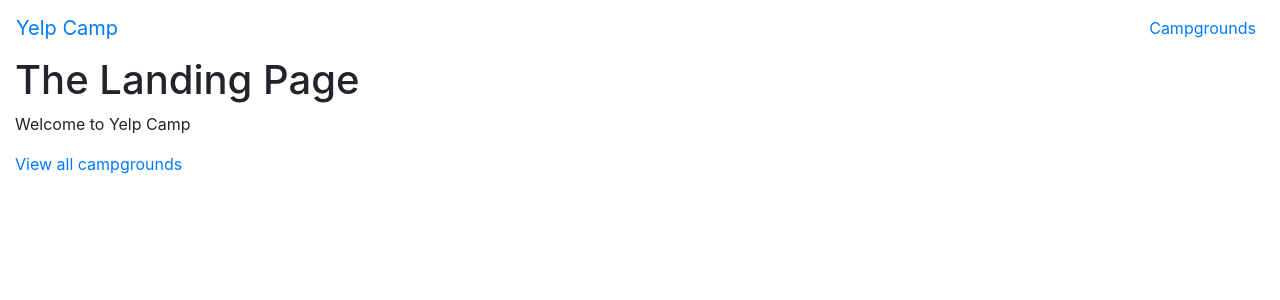
Repository: jbell0385/sandbox
Page: http://localhost/
The author's editor kept a record of every edit. The page is drawn from the files as they stood at one moment, then again after the next edit.
The browser window is 1280 px wide. The pictures show the whole page.
The page is served by the project's Node server (YelpCamp/v1/app.js).

Above is the page before.

### webdevbootcamp/workspace/YelpCamp/v1/views/landing.ejs
<%include partials/header%>

<div class="container-fluid">
<h1>The Landing Page</h1>

<p>Welcome to Yelp Camp</p>

<a href="/campgrounds">View all campgrounds</a>

<% include partials/footer %>

### webdevbootcamp/workspace/YelpCamp/v1/views/partials/header.ejs
<!DOCTYPE html>
<html>
    <head>
        <title>YelpCamp</title>
        <link rel="stylesheet" href="https://maxcdn.bootstrapcdn.com/bootstrap/4.0.0/css/bootstrap.min.css" integrity="sha384-Gn5384xqQ1aoWXA+058RXPxPg6fy4IWvTNh0E263XmFcJlSAwiGgFAW/dAiS6JXm" crossorigin="anonymous">
    </head>
    <body>
    <nav class="navbar navbar-expand-lg">
        <a class="navbar-brand" href="/">Yelp Camp</a>
        <button class="navbar-toggler" type="button" data-toggle="collapse" data-target="#navbarSupportContent" aria-controls="navbarSupportContent" aria-expanded = "false" aria-label="Toggle navigation">
            <span class="navbar-toggler-icon"></span>
        </button>
        <div class="collapse navbar-collapse">
            <ul class="navbar-nav ml-auto">
                <li class="nav-item">
                    <a class="nav-link" href="/campgrounds">Campgrounds</a>
                </li>
            </ul>
        </div>
    </nav>

### webdevbootcamp/workspace/YelpCamp/v1/views/partials/footer.ejs

    </body>
</html>

### webdevbootcamp/workspace/YelpCamp/v1/app.js
var express = require("express");
var app = express();
var bodyParser = require("body-parser");

app.use(bodyParser.urlencoded({extended:true}))
app.set('view engine',"ejs");


var campgrounds = [
        {name:"Salmon Creek", image:"http://haulihuvila.com/wp-content/uploads/2012/09/hauli-huvila-campgrounds-lg.jpg"},
        {name:"Big Bear",image:"http://www.chippewalanding.com/images/sized%20280/campgrounds-campsite.jpg"},
        {name:"Little Bear",image:"https://www.fs.usda.gov/Internet/FSE_MEDIA/stelprdb5306226.jpg"}
    ]

app.get("/",(req,res)=>{
    res.render("landing");
})

app.get("/campgrounds", (req,res)=>{

    res.render("campgrounds",{campgrounds:campgrounds});
})

app.post("/campgrounds", (req,res)=>{
    //get data from form and add to campgrounds array
    var name = req.body.name;
    var image = req.body.image;
    var newCampground = {name:name, image:image};
    campgrounds.push(newCampground);
    //redirect back to campgrounds page
    res.redirect("/campgrounds");
})

app.get("/campgrounds/new",(req,res)=>{
    res.render("new.ejs");
})

app.listen(process.env.PORT, process.env.IP, function(){
    console.log("Yelp Camp Server has started");
})

After the next edit:
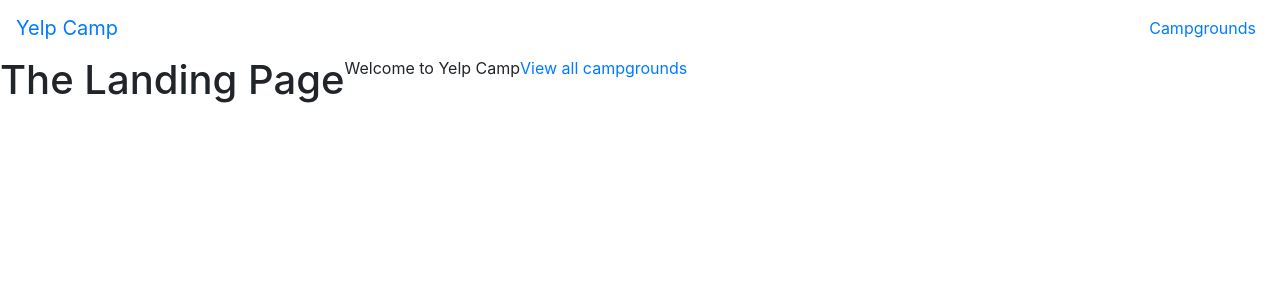
The edit:
--- a/webdevbootcamp/workspace/YelpCamp/v1/views/landing.ejs
+++ b/webdevbootcamp/workspace/YelpCamp/v1/views/landing.ejs
@@ -1,10 +1,13 @@
 <%include partials/header%>
 
 <div class="container-fluid">
-<h1>The Landing Page</h1>
+    <div class="row">
+        <h1>The Landing Page</h1>
 
-<p>Welcome to Yelp Camp</p>
+        <p>Welcome to Yelp Camp</p>
 
-<a href="/campgrounds">View all campgrounds</a>
+        <a href="/campgrounds">View all campgrounds</a>
+    </div>
 
+</div>
 <% include partials/footer %>

After the 2 edits that followed:
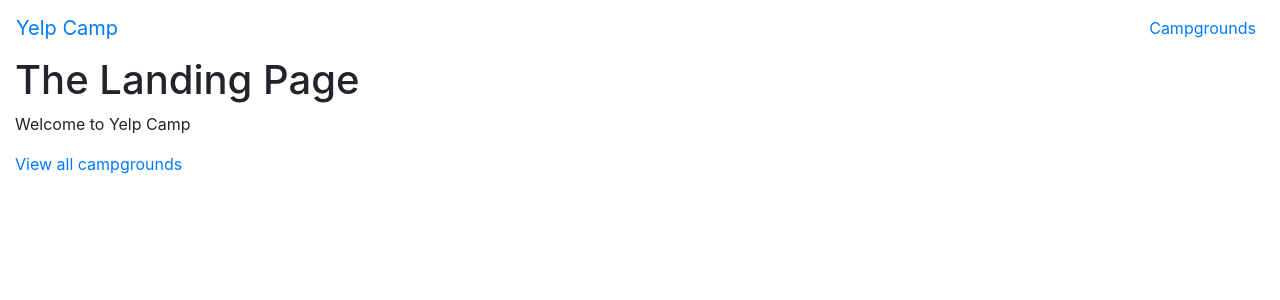
The 2 edits are shown as one change because 1 left the picture as it was.
The edit:
--- a/webdevbootcamp/workspace/YelpCamp/v1/views/landing.ejs
+++ b/webdevbootcamp/workspace/YelpCamp/v1/views/landing.ejs
@@ -2,12 +2,14 @@
 
 <div class="container-fluid">
     <div class="row">
-        <h1>The Landing Page</h1>
+        <div class="col">
+            <h1>The Landing Page</h1>
 
-        <p>Welcome to Yelp Camp</p>
+            <p>Welcome to Yelp Camp</p>
 
-        <a href="/campgrounds">View all campgrounds</a>
+            <a href="/campgrounds">View all campgrounds</a>
+        </div>
+
     </div>
-
 </div>
 <% include partials/footer %>
